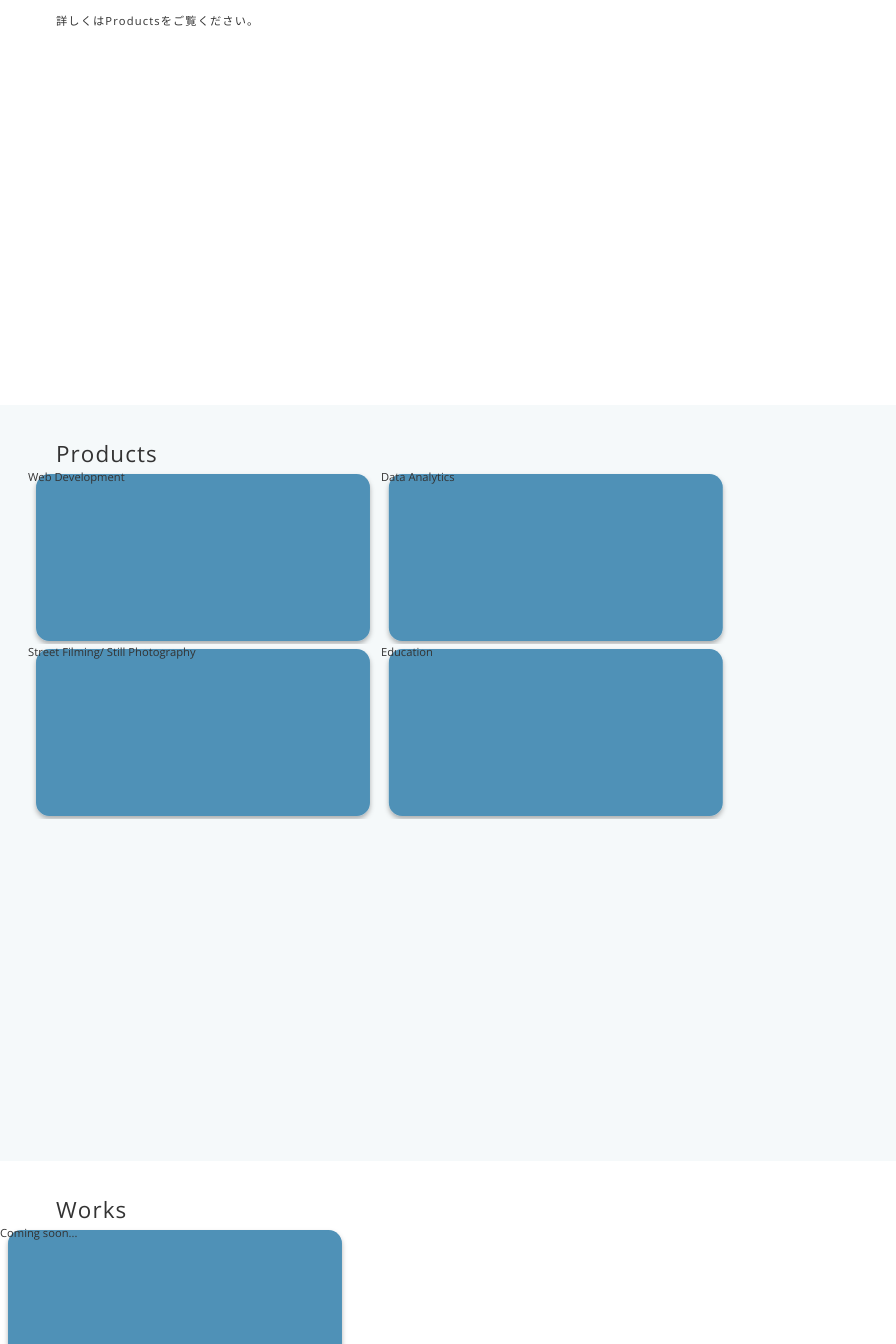
Repository: AirDepot/web
Page: index.html
These files come from the project's save history. The page is drawn as it stood at one moment and after the next save; the edit follows.
The browser window is 1280 px wide. The pictures show the part of the page from y = 1582 to 3502 px (the page is 6592 px tall), at 70% of full size.

Above is the page before, as saved 2020-02-11 23:58:20.

### index.html
<!DOCTYPE html>
<html lang="ja">
    <head>
        <meta charset="UTF-8">
        <link href="https://fonts.googleapis.com/css?family=Open+Sans:100,300,400,600" rel="stylesheet" type="text/css">
        <link href="http://code.ionicframework.com/ionicons/2.0.1/css/ionicons.min.css" rel="stylesheet" type="text/css">
        <link type="text/css" rel="stylesheet" href="./assets/css/common.css">
        <title>KustomApe</title>
        <meta name=”keywords” content="Python, Web, 映像, 教材, 開発">
        <meta name=”description” content=”Pythonを使ったプロダクト開発のKustomApe。車業界、ストリート映像を軸としたプロダクトDevelopmentユニット。Web開発、データクローリング、映像・写真、プログラミングの教材開発を行っています。”>
    </head>
    <body>
        <div id="wrap">
            <div id="home">
                <header id="header">
                    <h1 id="logo"><a href="#home"><img src="./assets/img/main_logo.svg" alt="KustomApe"></a></h1>
                    <nav id="nav">
                        <ul id="navigations">
                            <li><a href="#about">About</a></li>
                            <li><a href="#products">Products</a></li>
                            <li><a href="#works">Works</a></li>
                            <li><a href="#hackers">Developers</a></li>
                            <li><a href="#contact">Contact</a></li>
                        </ul>
                    </nav>
                </header>
                <div id="header_contents">
                    <p id="ape_icon"><img src="./assets/img/ape_icon.svg" alt="Apeのアイコン画像"></p>
                    <h2 id="concept">Verbalize, makes the best Product.</h2>
                </div>
            </div>
            <div id="about">
                <h3 class="section_titles">About</h3>
                <p id="about_kustomape">KustomApe(カスタムエイプ)はWebをはじめとする車業界、ストリート映像を軸としたDevelopmentユニットです。<br />
                好きを言語化して、プロダクトにすることを得意としています。<br />
                また、自分の生き方の選択肢を広げるため、プログラミング・英語・映像を軸とした教材開発も行っています。<br />
                部品輸入・アパレル輸入・アパレルデザインなども個人に特化した形で提供しております。<br />
                詳しくはProductsをご覧ください。</p>
            </div>
            <div id="products">
                <h3 class="section_titles">Products</h3>
                <section id="box_master">
                    <p class="box">Web Development</p>
                    <p class="box">Data Analytics</p>
                    <p class="box">Street Filming/ Still Photography</p>
                    <p class="box">Education</p>
                </section>
            </div>
            <div id="works">
                <h3 class="section_titles">Works</h3>
                <p class="box unlaunched">Coming soon...</p>
            </div>
            <div id="developers">
                <h3 class="section_titles">Developers</h3>

            </div>
            <div id="contact">
                <h3 class="section_titles">Contact</h3>

            </div>
            <footer id="footer">
                <small>Copyright &copy; 2020 KustomApe All Rights Reserved.</small>
            </footer>
        </div>
    </body>
</html>

### assets/css/common.css
/**********************************************
*** GENERAL
**********************************************/

* {
    margin: 0;
    padding: 0;
    box-sizing: border-box;
}

.clearfix::after {
    content: "";
    display: table;
    clear: both;
}

html {
    overflow: auto;
}

body {
    color: #333;
    font-family: Open Sans, Arial, Helvetica, sans-serif;
    overflow: hidden;
}

ul {
    list-style: none;
}

a {
    text-decoration: none;
}

div#wrap {
    width: 100%;
    margin-top: -3rem;
}

div#home {
    width: 100%;
    height: 1080px;
    background-image: url(../img/wrap_bg.svg);
    background-position: center top;
    background-repeat: no-repeat;
    background-size: cover;
}

header#header {
    width: 100%;
    height: 150px;
    margin-left: 5rem;
}

header#header h1#logo {
    width: 500px;
    margin-top: 3rem;
}

h1#logo img {
    margin-top: 3rem;
    width: 350px;
}

nav#nav {
    margin-top: -4rem;
}

nav#nav ul#navigations {
    display: flex;
    justify-content: center;
    align-items: center;
    list-style: none;
    margin-left: 43rem;
}

nav#nav ul#navigations li {
    padding-right: 3.5rem;
}

nav#nav ul#navigations li a {
    color: #fff;
}

div#header_contents {
    display: inline-flex;
    margin-left: 5rem;
    padding: 15rem 0;
}

div#header_contents h2#concept {
    padding: 4.5rem 1rem;
    letter-spacing: 0.1rem;
    font-weight: 100;
    font-size: 1.5rem;
}

div#header_contents p#ape_icon img {
    width: 200px;
}

h3.section_titles {
    font-size: 2rem;
    font-weight: 500;
    padding-top: 3rem;
    margin-left: 5rem;
    letter-spacing: 0.1rem;
}

div#about {
    width: 100%;
    height: 1080px;
}

div#about p#about_kustomape {
    padding-top: 5rem;
    margin-left: 5rem;
    font-size: 1rem;
    letter-spacing: 0.1rem;
    line-height: 5rem;
}

div#products {
    width: 100%;
    height: 1080px;
    background: #F5F9FA;
}

section#box_master {
    display: block;
    margin-top: 5rem;
    width: 1200px;
    margin: 0 auto;
}

p.box {
    display: inline-block;
    background-image: url(../img/box_bg.svg);
    background-position: center top;
    background-repeat: no-repeat;
    background-size: cover;
    width: 500px;
    height: 250px;
}

div#works {
    width: 100%;
    height: 1080px;
}

div#developers {
    width: 100%;
    height: 1080px;
    background: #F5F9FA;
}

div#contact {
    width: 100%;
    height: 1080px;
}

footer#footer {
    width: 100%;
    height: 7rem;
    background: #285E7F;
}

footer#footer small {
    display: block;
    text-align: center;
    color: #fff;
    padding: 3rem 0;
}

After the next save:
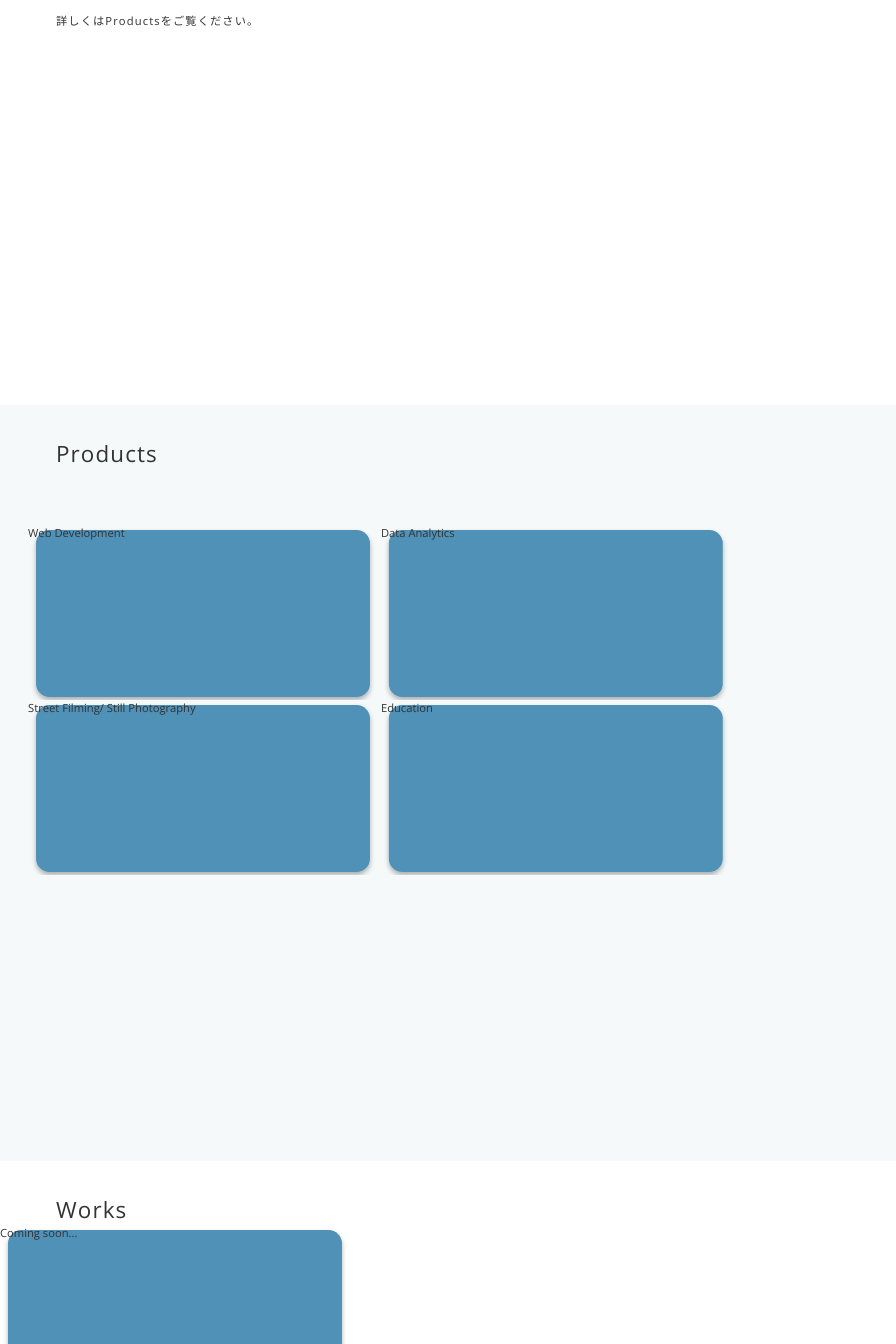
Saved 11 s later.
--- a/assets/css/common.css
+++ b/assets/css/common.css
@@ -128,9 +128,9 @@ div#products {
 
 section#box_master {
     display: block;
-    margin-top: 5rem;
     width: 1200px;
     margin: 0 auto;
+    margin-top: 5rem;
 }
 
 p.box {
